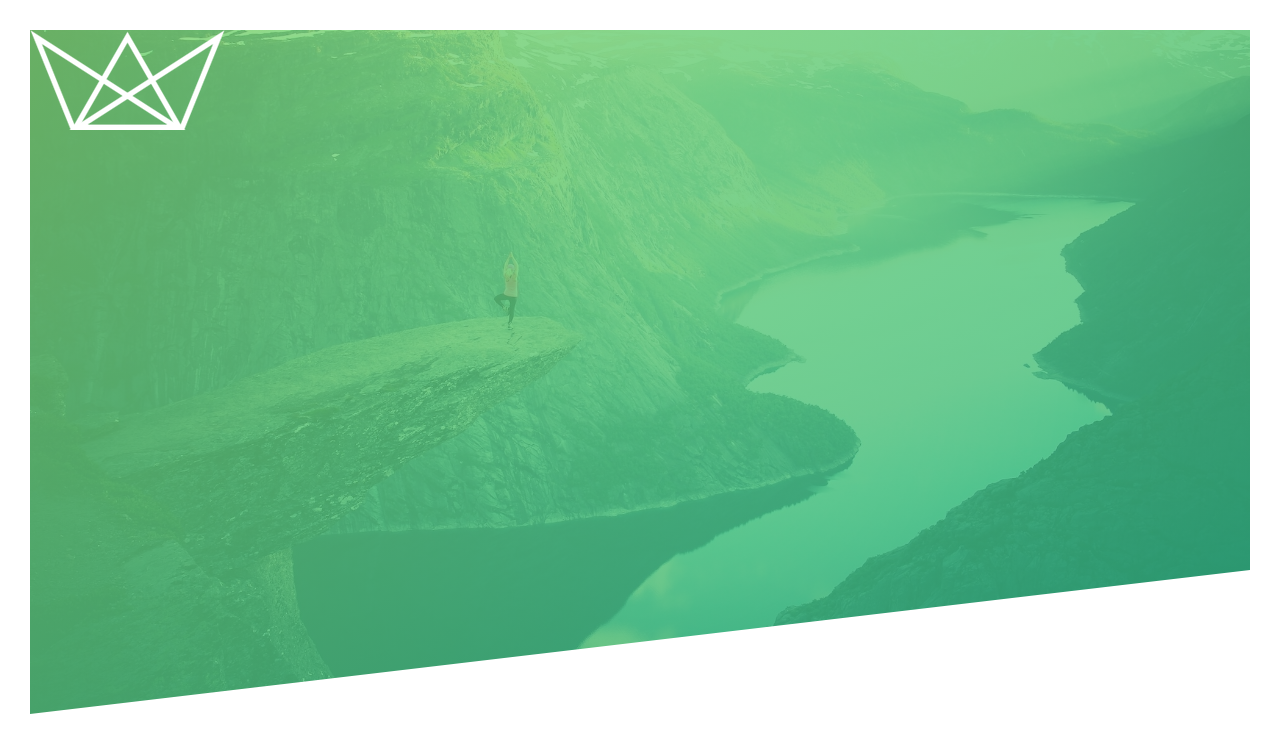
Repository: kamilluc/advanced-css-course
Page: Natours/my-implementation/index.html
An editor plug-in stored every save of this project. The page is shown before and after the next save, followed by the edit.
The browser window is 1280 px wide. The pictures show the whole page.

Above is the page before, as saved 2019-05-24 21:12:37.

After the next save:
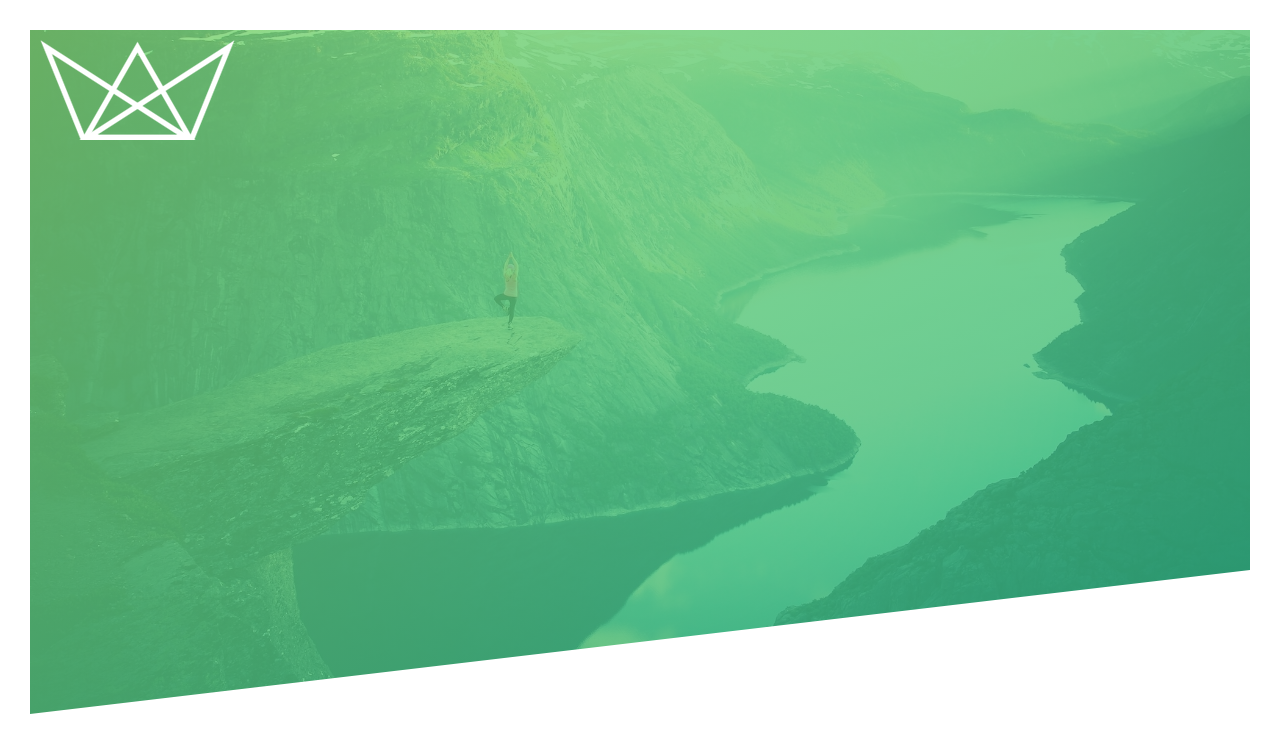
Saved 25 s later.
--- a/Natours/my-implementation/css/style.css
+++ b/Natours/my-implementation/css/style.css
@@ -43,6 +43,8 @@ body {
 
 .logo-box {
   position: absolute;
+  top: 40px;
+  left: 40px;
 }
 
 .logo {
